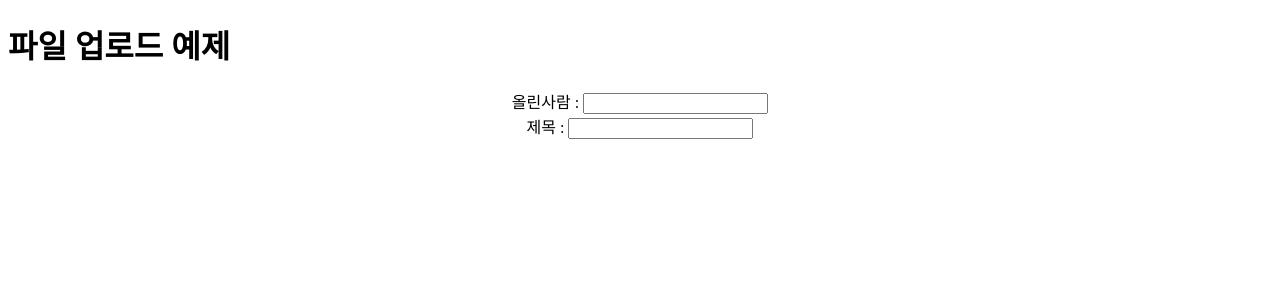
Repository: minkyung0421/jsp_travel_project
Page: http://localhost/Travel_Project/fileUploadForm.jsp
An editor plug-in stored every save of this project. The page is shown before and after the next save, followed by the edit.
The browser window is 1280 px wide. The pictures show the whole page.
The page is served by Tomcat 9. Other server files are loaded and not shown.

Above is the page before, as saved 2018-08-20 00:06:32.

### jsp_travel_project/Travel_Project/WebContent/fileUploadForm.jsp
<%@ page language="java" contentType="text/html; charset=EUC-KR"
    pageEncoding="EUC-KR"%>
<!DOCTYPE html PUBLIC "-//W3C//DTD HTML 4.01 Transitional//EN" "http://www.w3.org/TR/html4/loose.dtd">
<html>
<head>
<meta http-equiv="Content-Type" content="text/html; charset=EUC-KR">
<title>Insert title here</title>
</head>
<body>

<h1>파일 업로드 예제</h1>
<center>
	<form action = "fileUpload.jsp" method="post" enctype="Multipart/form-data">
		올린사람 : <input type= "text" name = "name"><br>
		제목   : <input type = "text" name = "subject"><br>
	</form>
</center>
</body>
</html>

After the next save:
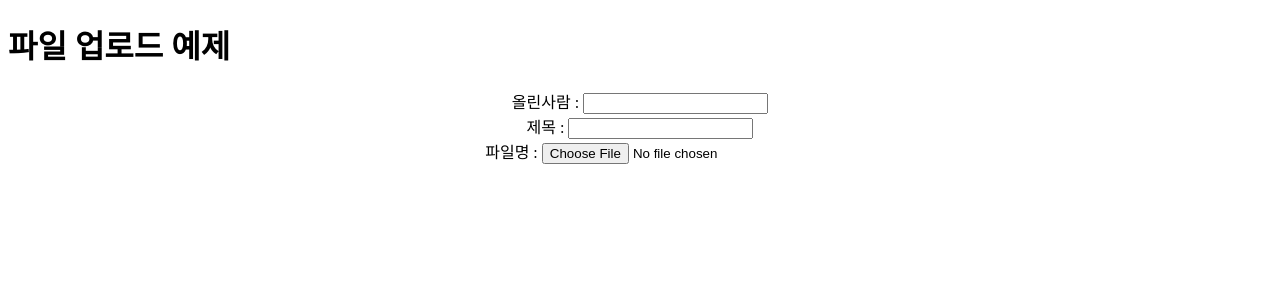
Saved 17 s later.
--- a/jsp_travel_project/Travel_Project/WebContent/fileUploadForm.jsp
+++ b/jsp_travel_project/Travel_Project/WebContent/fileUploadForm.jsp
@@ -13,6 +13,7 @@
 	<form action = "fileUpload.jsp" method="post" enctype="Multipart/form-data">
 		올린사람 : <input type= "text" name = "name"><br>
 		제목   : <input type = "text" name = "subject"><br>
+		파일명 : <input type = "file" name = "fileName1"><br>
 	</form>
 </center>
 </body>
